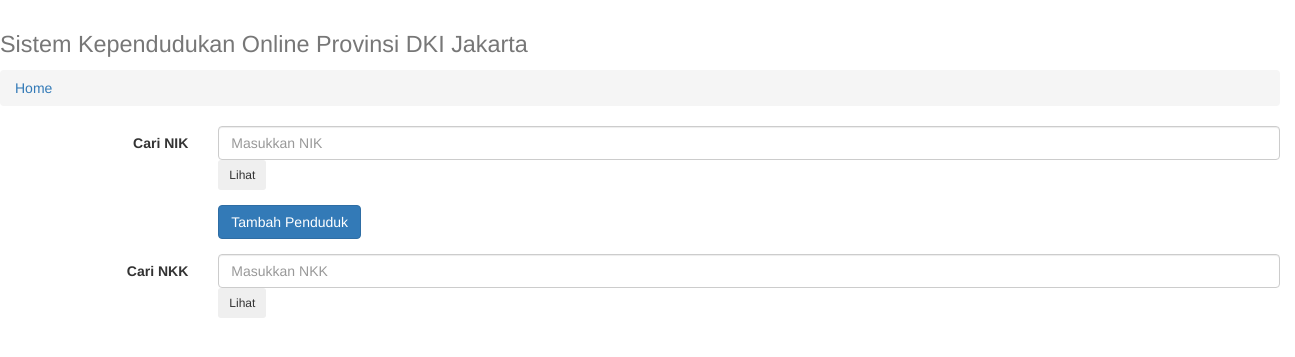
Repository: apap-2017/tugas1_1406544135
Page: http://localhost/index
The author's editor kept a copy of each file at every save. The page is drawn from the files as they stood at one save, then again after the next save.
The browser window is 1280 px wide. The page is 1295 px wide, so the pictures cover 1295 px, including what lies to the right of the window. The pictures show the whole page.
The page is this project's Thymeleaf template; nobody is signed in. The template is opened directly, without the code that normally fills it, so the values that code supplies are empty.

Above is the page before, as saved 2017-10-22 06:45:10.

After the next save:
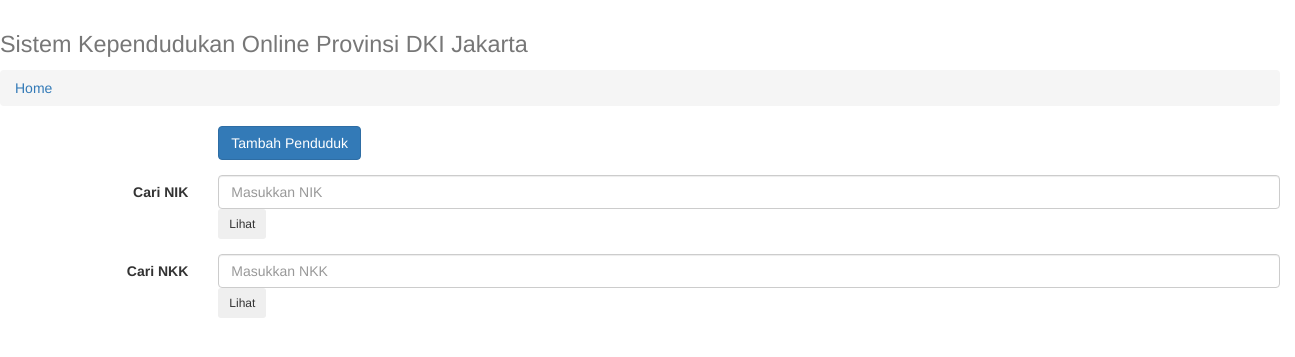
Saved 68 s later.
--- a/Tugas1_1406544135/src/main/resources/templates/index.html
+++ b/Tugas1_1406544135/src/main/resources/templates/index.html
@@ -21,25 +21,26 @@
 
 	<form class="form-horizontal" action="/penduduk" method="get">
 		<div class="form-group">
+			<label class="col-sm-2 control-label"></label>
+			<div class="col-sm-10">
+				<div class="pull-left">
+					<a th:href="@{/penduduk/tambah/}"
+						class="btn btn-primary btn-block btn-flat">Tambah Penduduk</a>
+				</div>
+				<label th:text="${errorNIKArgs}"></label>
+			</div>
+		</div>
+	</form>
+
+
+	<form class="form-horizontal" action="/penduduk" method="get">
+		<div class="form-group">
 			<label class="col-sm-2 control-label">Cari NIK</label>
 			<div class="col-sm-10">
 				<input type="text" name="nik" class="form-control"
 					placeholder="Masukkan NIK" />
 				<button type="submit" class="btn btn-sm bg-teal pull-left"
 					name="action" value="save">Lihat</button>
-				<label th:text="${errorNIKArgs}"></label>
-			</div>
-		</div>
-	</form>
-
-	<form class="form-horizontal" action="/penduduk" method="get">
-		<div class="form-group">
-			<label class="col-sm-2 control-label"></label>
-			<div class="col-sm-10">
-				<div class="pull-left">
-					<a th:href="@{/penduduk/tambah/}"
-						class="btn btn-primary btn-block btn-flat">Tambah Penduduk</a>
-				</div>
 				<label th:text="${errorNIKArgs}"></label>
 			</div>
 		</div>
